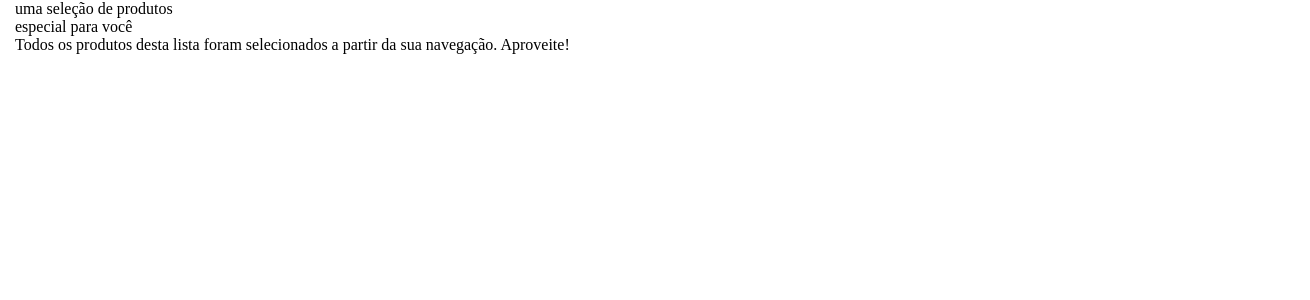
Repository: danielpellicano/front-end-developer-test-linx-2020
Page: index.html
An editor plug-in stored every save of this project. The page is shown before and after the next save, followed by the edit.
The browser window is 1280 px wide. The page is 1310 px wide, so the pictures cover 1310 px, including what lies to the right of the window. The pictures show the whole page.

Above is the page before, as saved 2020-09-01 11:56:08.

After the next save:
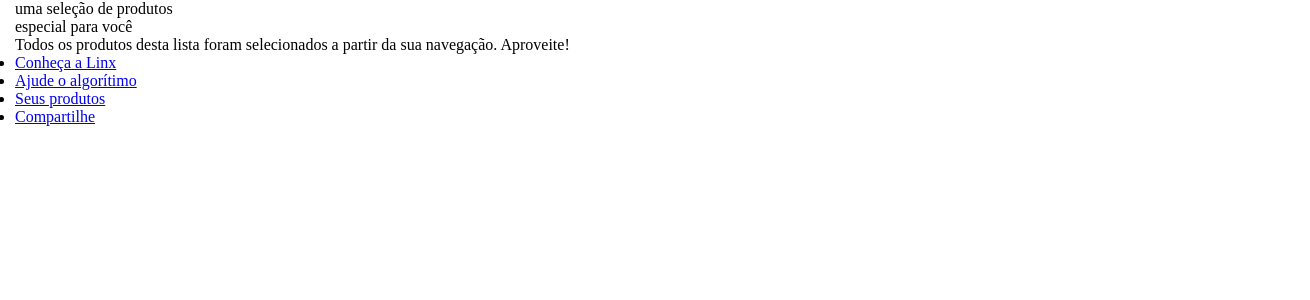
Saved 83 s later.
--- a/index.html
+++ b/index.html
@@ -18,6 +18,15 @@
             <h1>uma seleção de produtos</h1>
             <h2>especial para você</h2>
             <p>Todos os produtos desta lista foram selecionados a partir da sua navegação. Aproveite!</p>
+
+            <nav>
+                <ul>
+                    <li><a href="#">Conheça a Linx</a></li>
+                    <li><a href="#">Ajude o algorítimo</a></li>
+                    <li><a href="#">Seus produtos</a></li>
+                    <li><a href="#">Compartilhe</a></li>
+                </ul>
+            </nav>
         </div>
     </header>
     <!-- .Header -->
